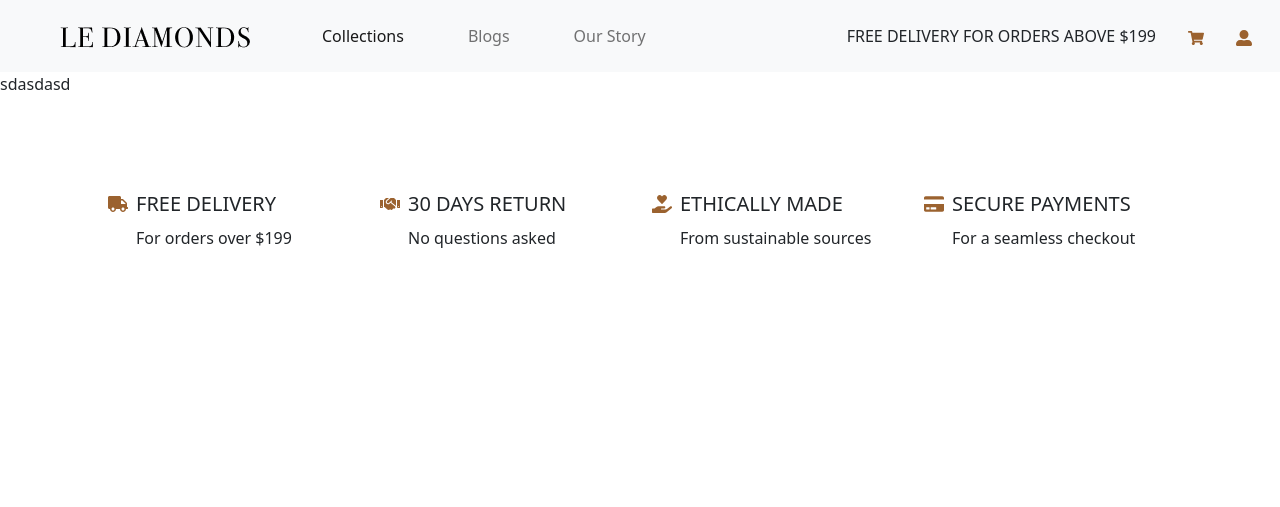
Repository: farrelmuhammad/lediamonds-vi8e
Page: /
An editor plug-in stored every save of this project. The page is shown before and after the next save, followed by the edit.
The browser window is 1280 px wide. The pictures show the whole page.
The project was rebuilt for these pictures with package versions that can differ from the ones it lists, and the page was loaded fresh each time. Also part of the build but not shown: src/App.css.

Above is the page before, as saved 2022-09-17 11:36:57.

After the next save:
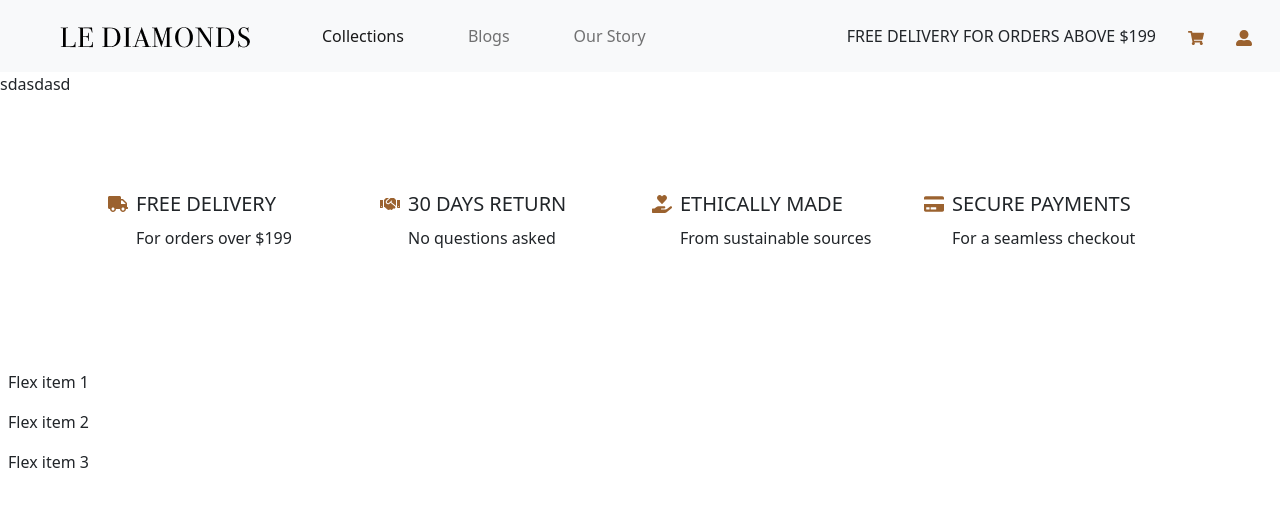
Saved 16 s later.
--- a/src/pages/Homepage.jsx
+++ b/src/pages/Homepage.jsx
@@ -1,4 +1,5 @@
 import React from "react";
+import Category from "../components/Category";
 import Content from "../components/Content";
 import Header from "../components/Header";
 import Jumbotron from "../components/Jumbotron";
@@ -9,6 +10,7 @@
       <Header />
       <Jumbotron />
       <Content />
+      <Category />
     </>
   );
 };
